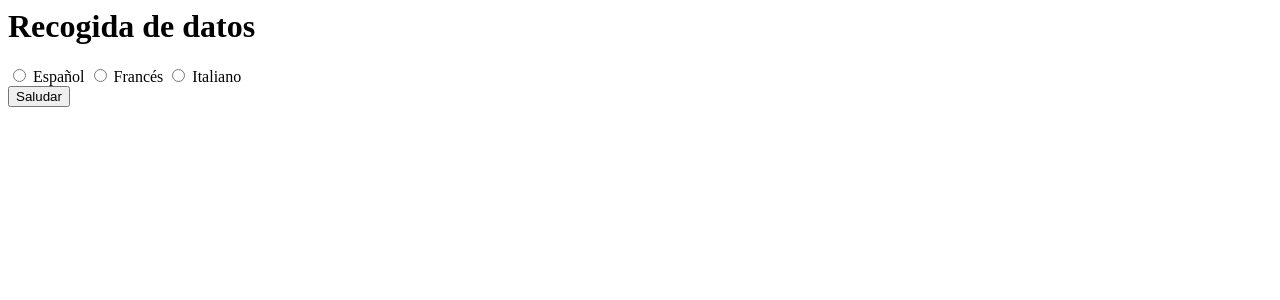
Repository: juvaga2000/eclipsetemp
Page: EjerciciosT1/src/main/webapp/WEB-INF/ejer3.html
These files come from the project's save history. The page is drawn as it stood at one moment and after the next save; the edit follows.
The browser window is 1280 px wide. The pictures show the whole page.

Above is the page before, as saved 2022-10-03 11:48:35.

After the next save:
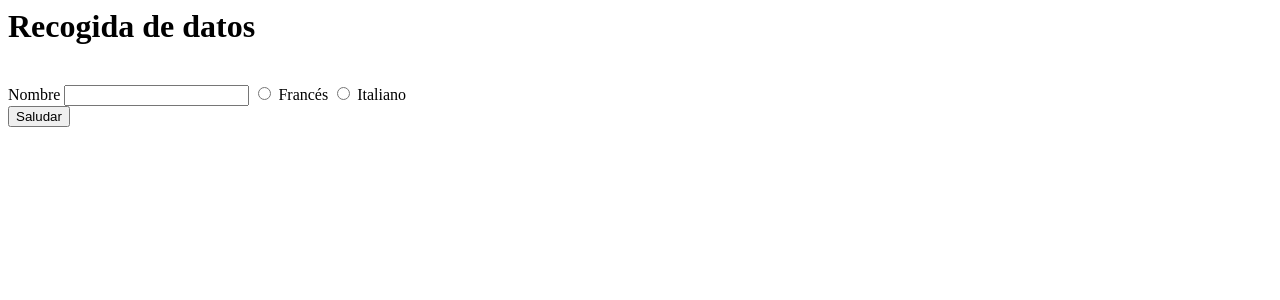
Saved 2 min 0 s later.
--- a/EjerciciosT1/src/main/webapp/WEB-INF/ejer3.html
+++ b/EjerciciosT1/src/main/webapp/WEB-INF/ejer3.html
@@ -4,13 +4,13 @@
 <title>Insert title here</title>
 </head>
 <body>
-<h1>Recogida de datos</h1>
-<form action="ejer1HolaMundo" method="post">
-	<input type="radio" name="idioma" value="spain"> Español
-	<input type="radio" name="idioma" value="france"> Francés
-	<input type="radio" name="idioma" value="italy"> Italiano
+	<h1>Recogida de datos</h1>
 	<br>
-    <input type="submit" name="button1" value="Saludar" />
-</form>
+	<form action="ejer1HolaMundo" method="post">
+		Nombre <input type="text" name="nombre" value=""> <input
+			type="radio" name="idioma" value="france"> Francés <input
+			type="radio" name="idioma" value="italy"> Italiano <br>
+		<input type="submit" name="button1" value="Saludar" />
+	</form>
 </body>
 </html>
